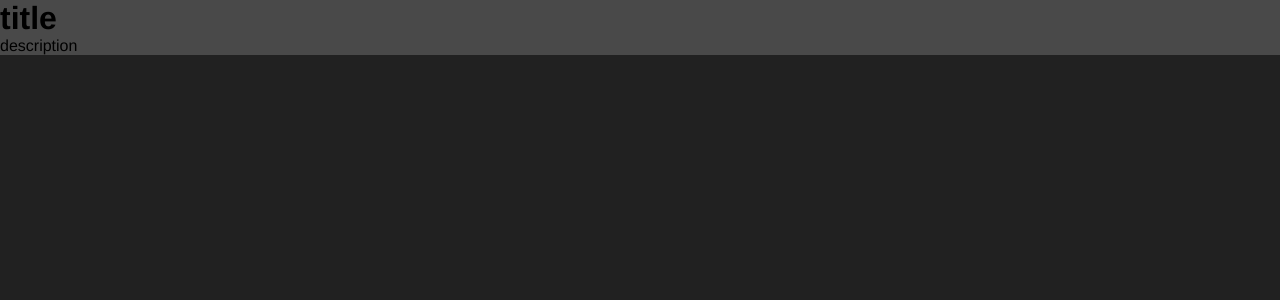
Repository: nileshwankhede03/The-Origin-Backend
Page: / (app in Fullstack/Frontend/FrontEnd/)
These files come from the project's save history. The page is drawn as it stood at one moment and after the next save; the edit follows.
The browser window is 1280 px wide. The pictures show the whole page.
The project was rebuilt for these pictures with package versions that can differ from the ones it lists, and the page was loaded fresh each time. Also part of the build but not shown: Fullstack/Frontend/FrontEnd/vite.config.js.

Above is the page before, as saved 2026-02-02 08:41:43.

### Fullstack/Frontend/FrontEnd/src/index.css
* {
    margin: 0;
    padding: 0;
    box-sizing: border-box;
    font-family: 'Helvetica Neue';
}

html, body {
    height: 100%;
    width: 100%;
}

html{
  background-color: #212121;
}

.note{
  background-color: #494949;
}

### Fullstack/Frontend/FrontEnd/src/App.jsx
import React from 'react'

const App = () => {
  return (
    <>
      <div className="notes">
        <div className="note">
          <h1>title</h1>
          <p>description</p>
        </div>
      </div>
    </>
  )
}

export default App

Loaded but not shown: Fullstack/Frontend/FrontEnd/index.html (common file); Fullstack/Frontend/FrontEnd/src/main.jsx (common file)

After the next save:
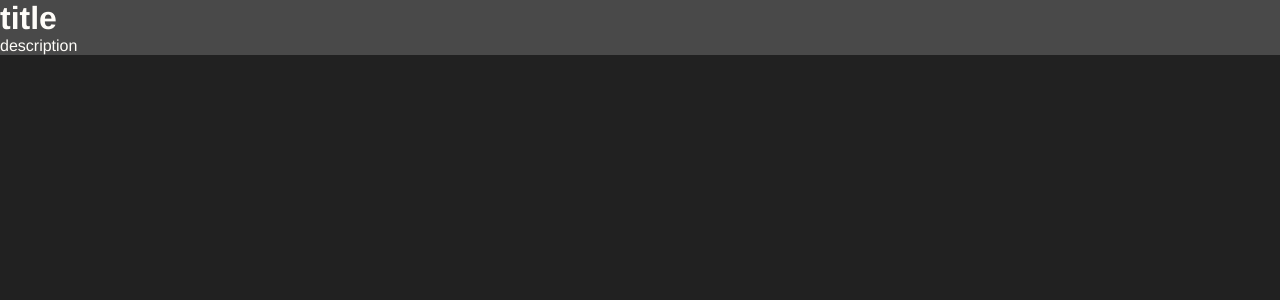
Saved 26 s later.
--- a/Fullstack/Frontend/FrontEnd/src/index.css
+++ b/Fullstack/Frontend/FrontEnd/src/index.css
@@ -16,4 +16,5 @@ html{
 
 .note{
   background-color: #494949;
+  color: rgb(255, 253, 249);
 }
